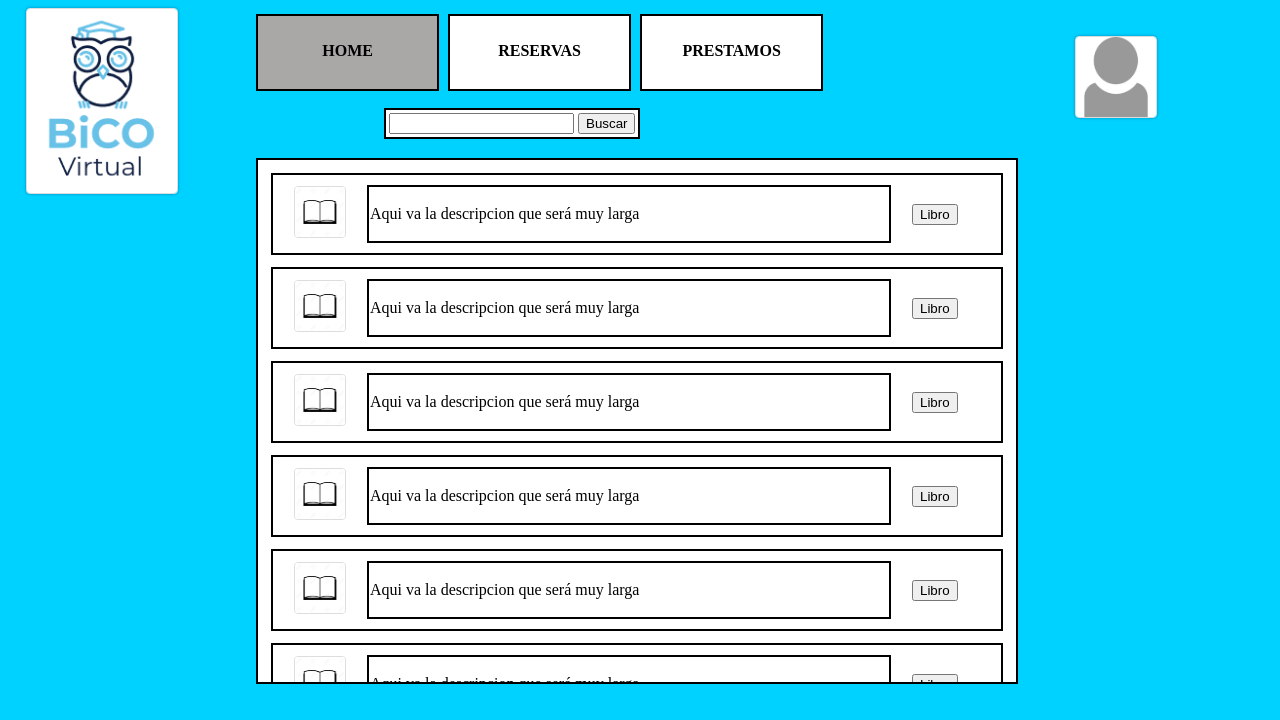
Repository: i72frpeu/IW_Bien
Page: http://localhost/Trabajo_IW/Home (Admin).jsp
An editor plug-in stored every save of this project. The page is shown before and after the next save, followed by the edit.
The browser window is 1280 px wide. The pictures show the whole page.
An inner scrolling area shows only its first screen. The page is served by Tomcat 9.

Above is the page before, as saved 2020-05-16 17:39:14.

After the next save:
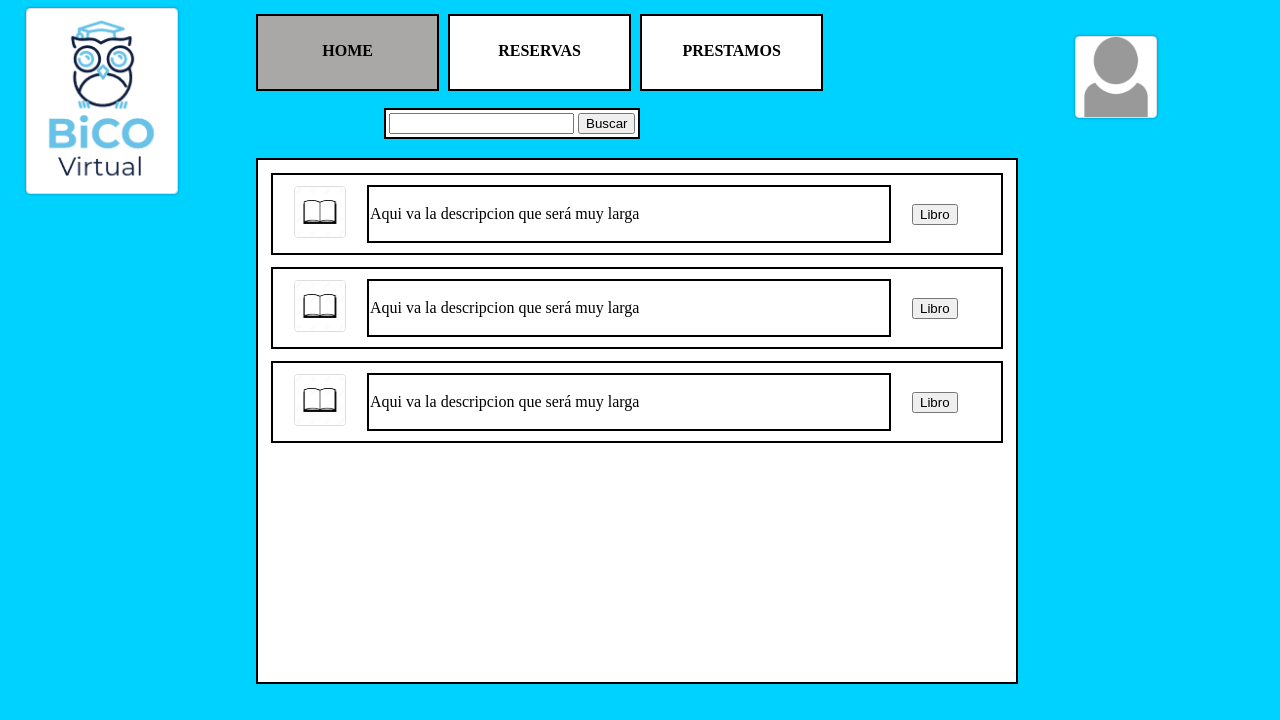
Saved 14 s later.
--- a/WorkSpace/Trabajo IW/WebContent/Home (Admin).jsp
+++ b/WorkSpace/Trabajo IW/WebContent/Home (Admin).jsp
@@ -28,7 +28,7 @@
 
   <div class="div_home">
     <table class="dos">
-    <% for (int i = 0; i < 8; i++){ %>
+    <% for (int i = 0; i < 3; i++){ %>
         <tr>
           <td>
               <table class="uno">

After the save that followed:
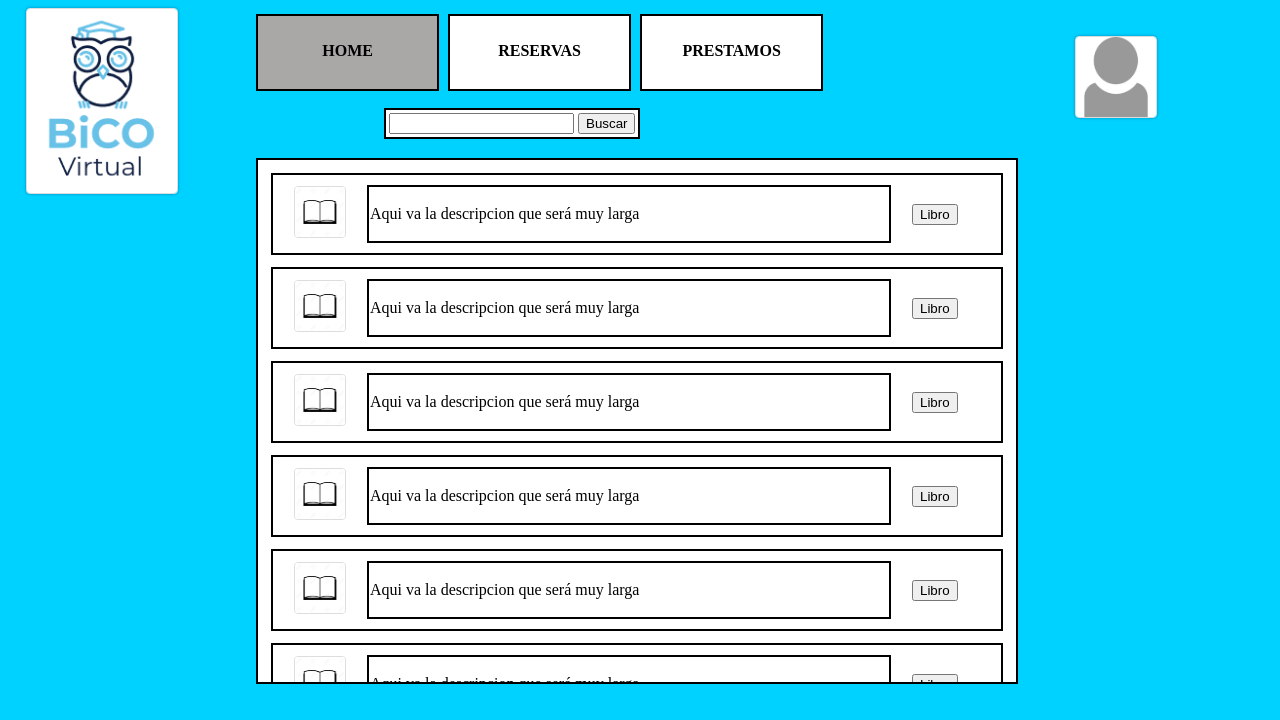
Saved 14 s later.
--- a/WorkSpace/Trabajo IW/WebContent/Home (Admin).jsp
+++ b/WorkSpace/Trabajo IW/WebContent/Home (Admin).jsp
@@ -28,7 +28,7 @@
 
   <div class="div_home">
     <table class="dos">
-    <% for (int i = 0; i < 3; i++){ %>
+    <% for (int i = 0; i < 8; i++){ %>
         <tr>
           <td>
               <table class="uno">
